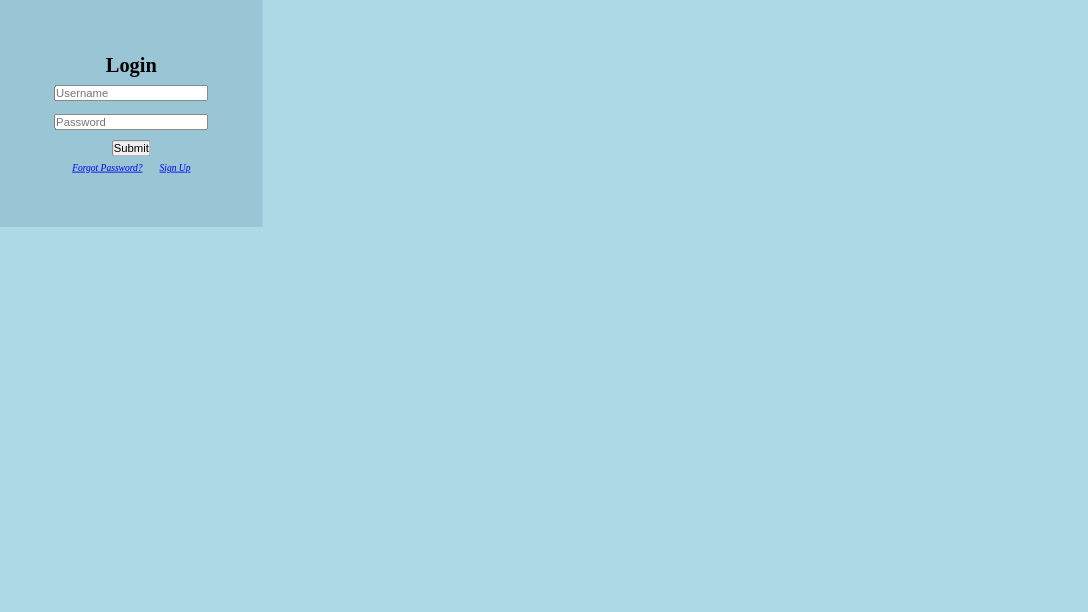
Repository: busra-kayaa/LoginPage
Page: login.html
These files come from the project's save history. The page is drawn as it stood at one moment and after the next save; the edit follows.
The browser window is 1280 px wide. The pictures show the whole page, at 85% of full size.

Above is the page before, as saved 2023-12-29 10:19:49.

After the next save:
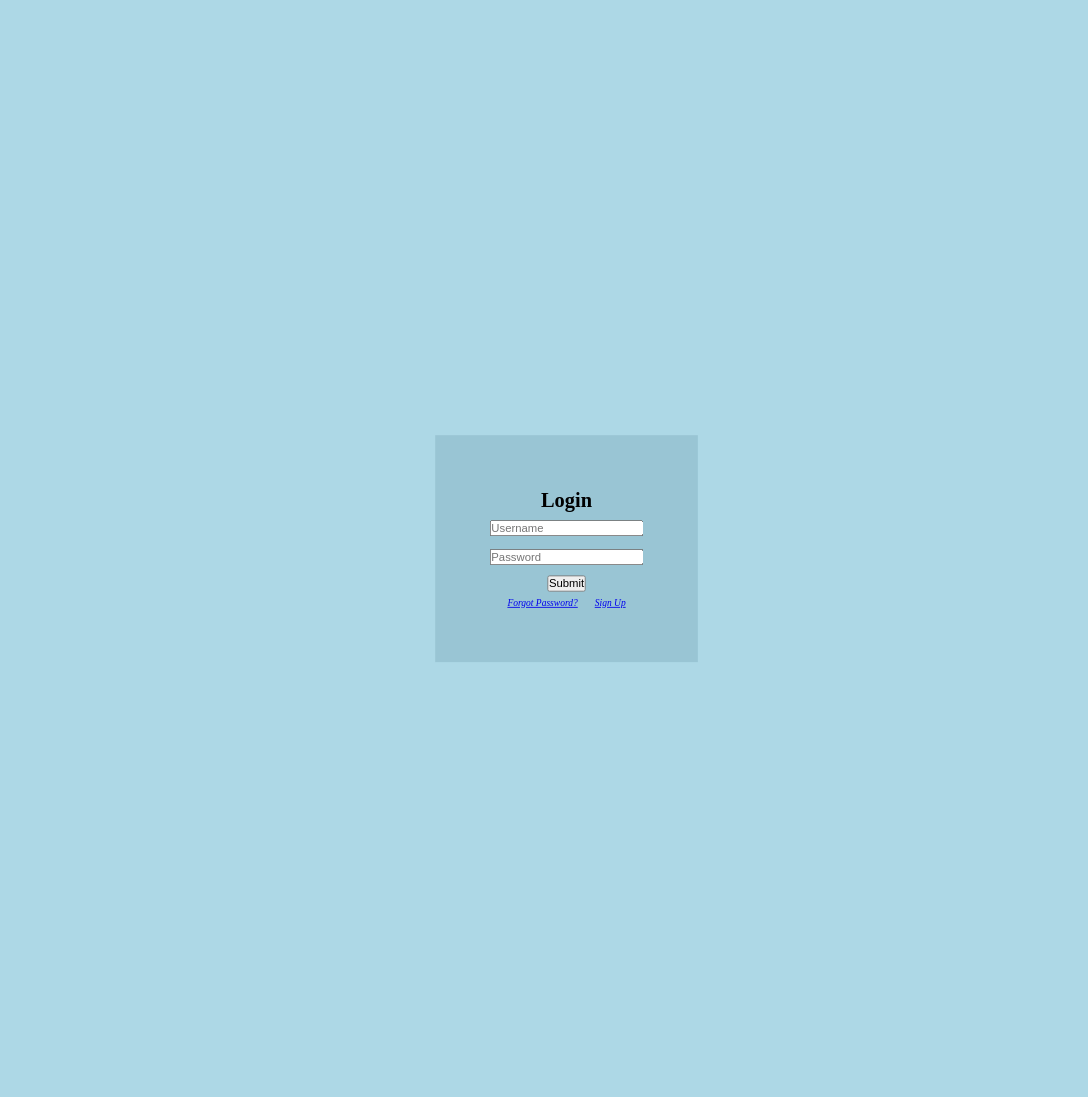
Saved 12 s later.
--- a/style.css
+++ b/style.css
@@ -20,7 +20,7 @@ body {
     align-items: center;
     text-align: center;
     padding: 5%;
-    margin: %;
+    margin: 40%;
 }
 .input-group {
     margin-top: 5%;
